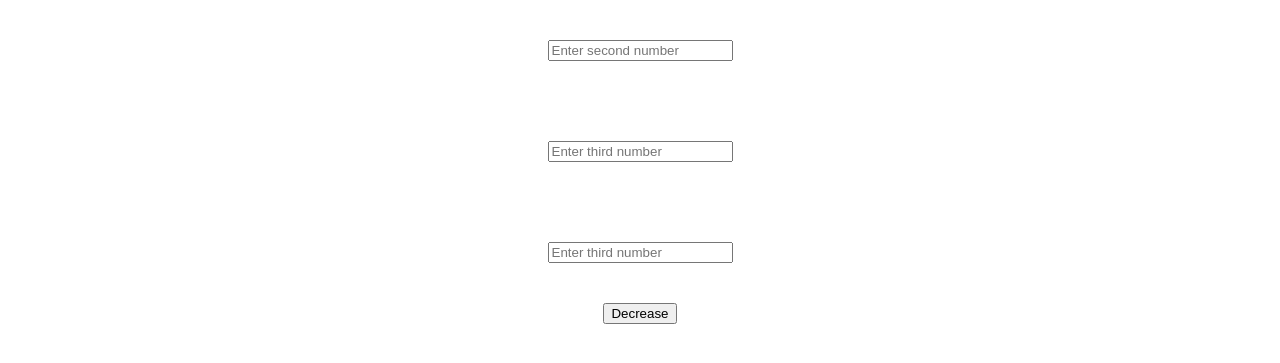
Repository: purnimapatel/SI-calculator
Page: /
These files come from the project's save history. The page is drawn as it stood at one moment and after the next save; the edit follows.
The browser window is 1280 px wide. The pictures show the whole page.
The project was rebuilt for these pictures with package versions that can differ from the ones it lists, and the page was loaded fresh each time.

Above is the page before, as saved 2024-08-26 11:15:18.

After the next save:
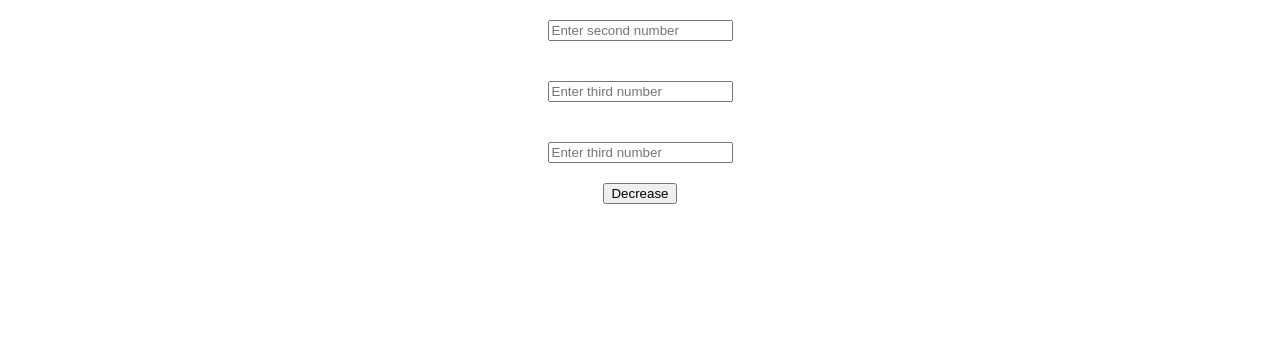
Saved 6 s later.
--- a/src/App.css
+++ b/src/App.css
@@ -18,5 +18,5 @@ input[type=number] {
     -moz-appearance: textfield;
 }
 #field{
-  margin:40px;
+  margin:20px;
 }
